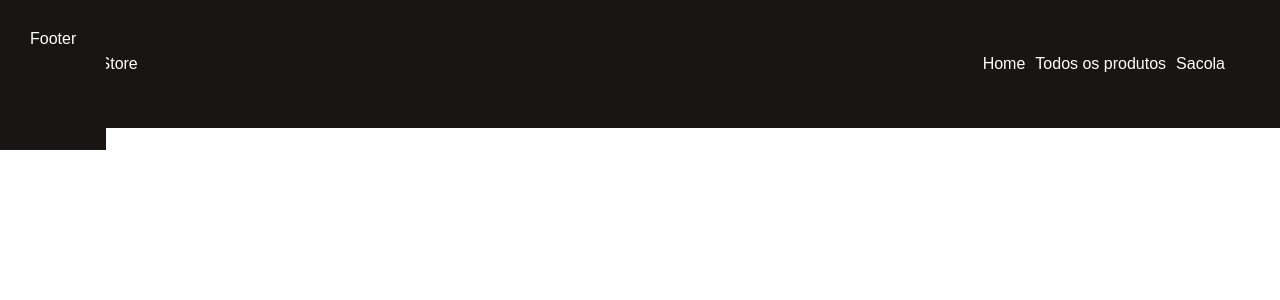
Repository: meiotera/virtuL-store
Page: /lista-de-produtos
An editor plug-in stored every save of this project. The page is shown before and after a run of saves, followed by the edit.
The browser window is 1280 px wide. The pictures show the whole page.
The page's requests for data from a server got no answer. The project was rebuilt for these pictures with package versions that can differ from the ones it lists, and the page was loaded fresh each time. No one was signed in, and anything a server would have sent is missing. Also part of the build but not shown: vite.config.js, src/pages/Home.jsx, src/styles/ProductCard.module.css, src/styles/Button.module.css, src/components/Button.jsx, src/components/ProductCard.jsx, src/styles/ProductDetail.module.css, src/pages/ProductDetail.jsx and 1 more.

Above is the page before, as saved 2025-04-09 05:55:44.

After the next 2 saves:
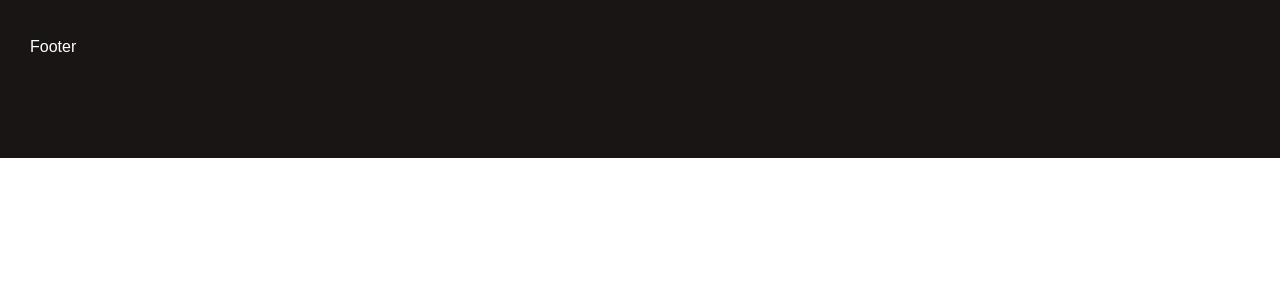
The 2 saves are shown as one change because they came seconds apart.
The last was saved 16 s later.
--- a/src/index.css
+++ b/src/index.css
@@ -22,4 +22,8 @@ body #root {
 
 footer {
   position: absolute;
+
+  bottom: 0;
+  left: 0;
+  right: 0;
 }
